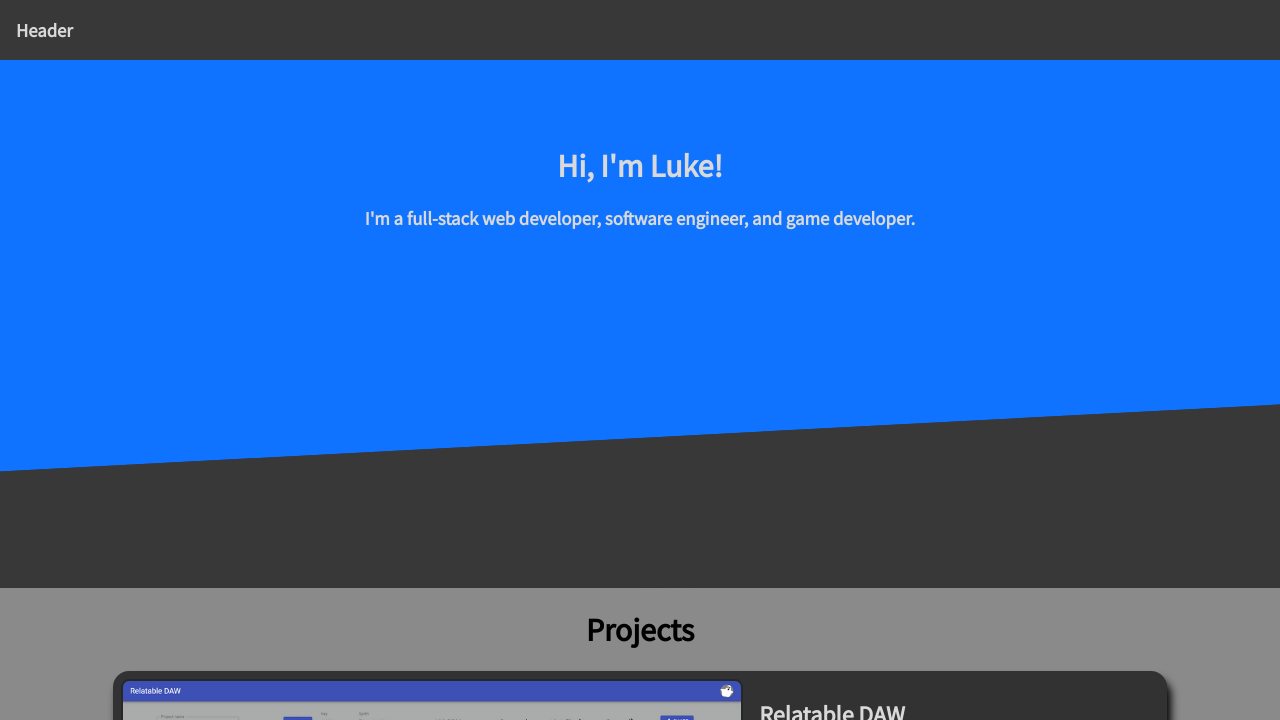
Repository: lbodwell/Personal-Website
Page: index.html
The author's editor kept a copy of each file at every save. The page is drawn from the files as they stood at one save, then again after a run of saves.
The browser window is 1280 px wide. The pictures show the whole page.
An inner scrolling area shows only its first screen.

Above is the page before, as saved 2022-04-04 04:42:12.

After the next 2 saves:
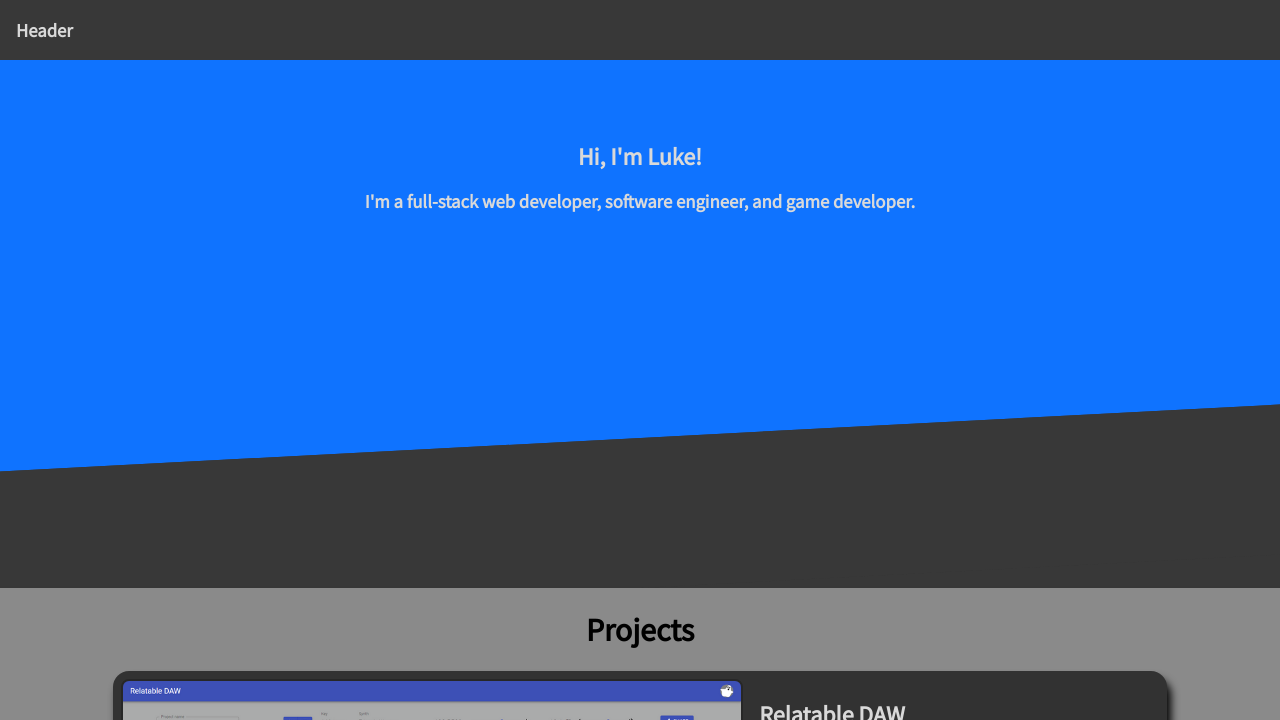
The 2 saves are shown as one change because they came seconds apart.
The last was saved 9 s later.
--- a/styles.css
+++ b/styles.css
@@ -39,7 +39,7 @@ content {
 }
 
 .intro > h1 {
-    size:
+    font-size: 24px;
 }
 
 .intro::before, .intro::after {
